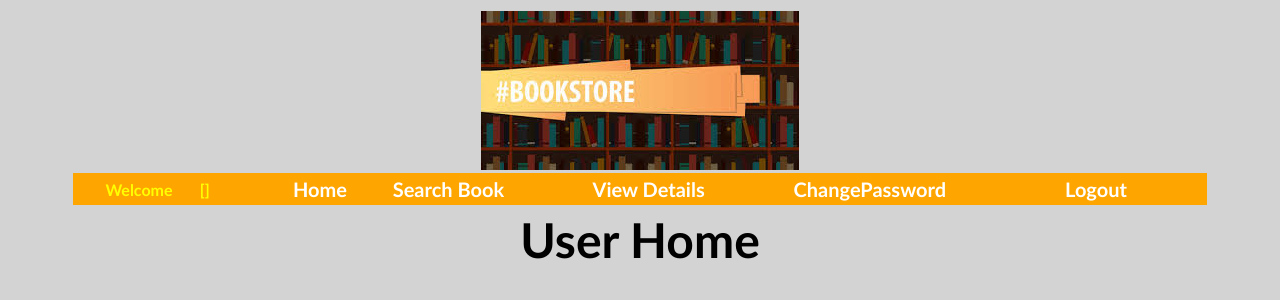
Repository: prateekscode/Preparation
Page: http://localhost/Online_BookStore/userHomeDef.jsp
An editor plug-in stored every save of this project. The page is shown before and after the next save, followed by the edit.
The browser window is 1280 px wide. The pictures show the whole page.
The page is served by Tomcat 9.

Above is the page before, as saved 2025-01-12 12:49:54.

After the next save:
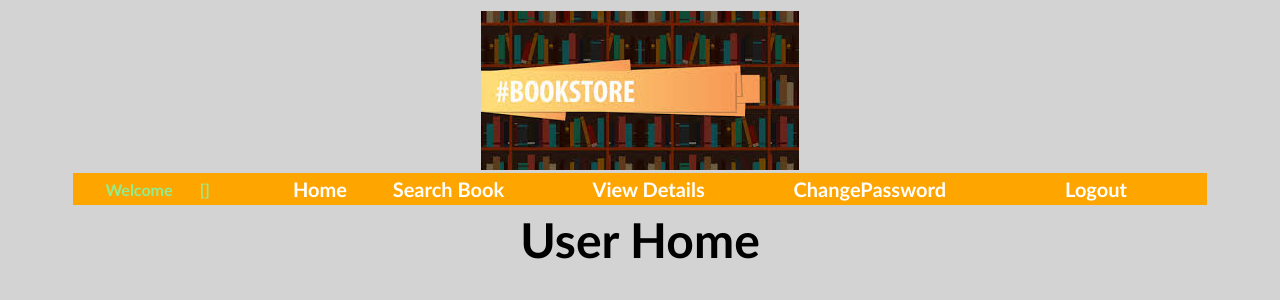
Saved 25 s later.
--- a/Online BookStore/src/main/webapp/userMenu.jsp
+++ b/Online BookStore/src/main/webapp/userMenu.jsp
@@ -17,7 +17,7 @@
 	<center>
 		<table class="textStyle" width="95%">
 			<tr>
-				<td><font color="yellow"><b>Welcome &nbsp;<font
+				<td><font color="lightgreen"><b>Welcome &nbsp;<font
 							color="red"> ${USER_TO.firstName} &nbsp;
 								${USER_TO.middleName} &nbsp; ${USER_TO.lastName} </font>[${USER_TO.role}]
 					</b></font></td>
